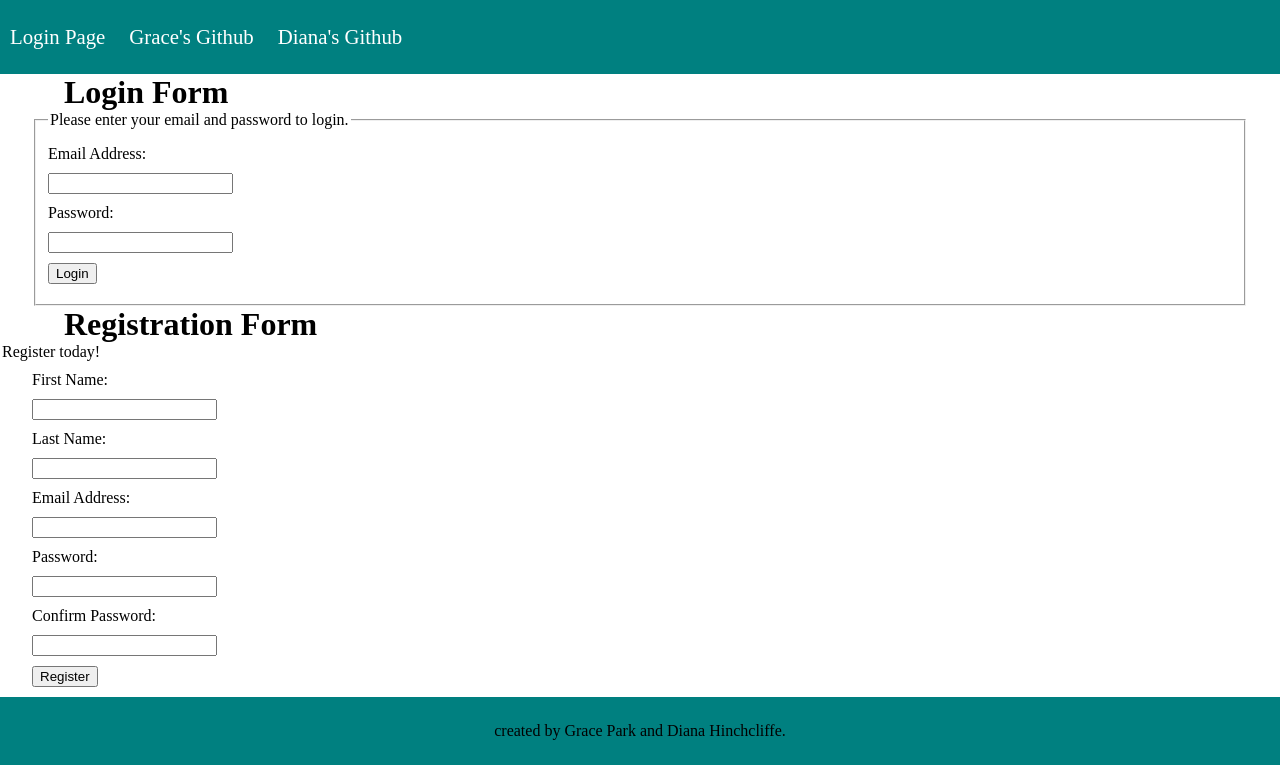
Repository: developergrace/cosw30
Page: http://localhost/labwork/lab2/login.php
The author's editor kept a record of every edit. The page is drawn from the files as they stood at one moment, then again after the next edit.
The browser window is 1280 px wide. The pictures show the whole page.
The page is run by PHP 8.4 with error messages shown; the project is at /var/www/html/.

Above is the page before.

After the next edit:
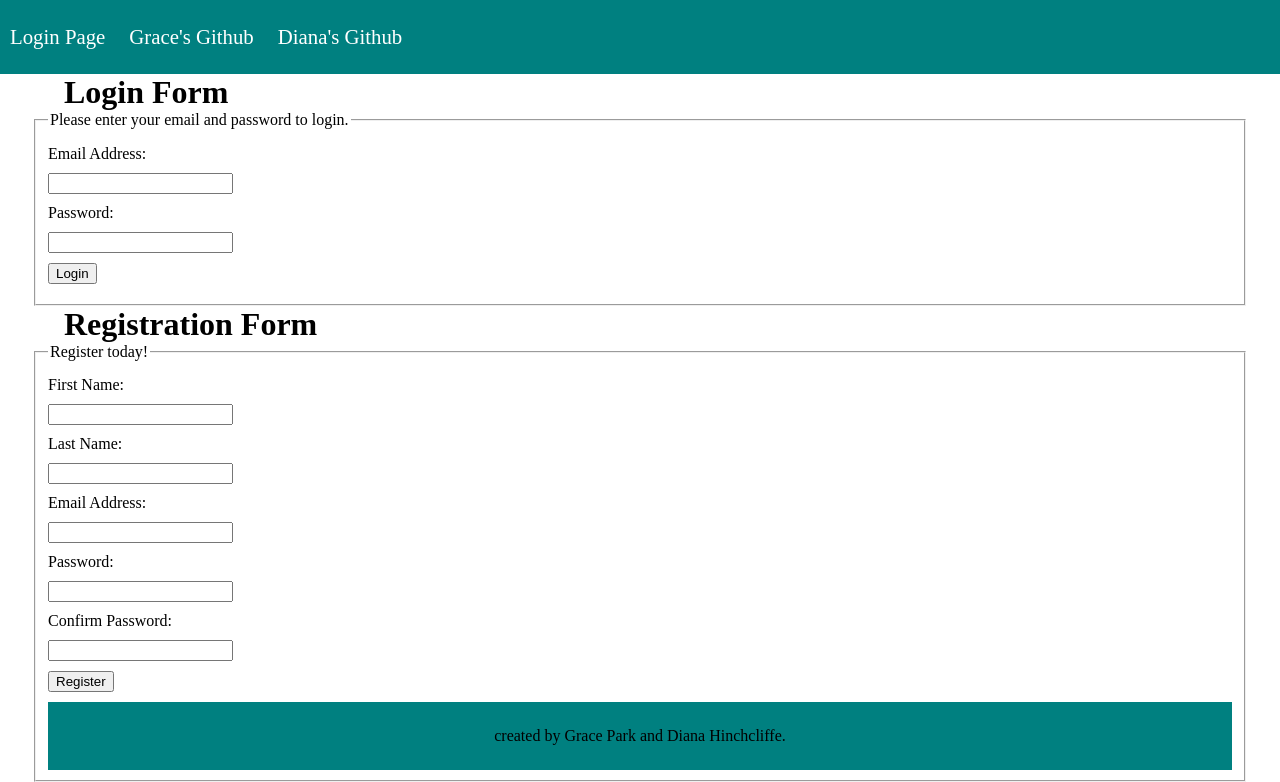
The edit:
--- a/labwork/lab2/login.php
+++ b/labwork/lab2/login.php
@@ -57,8 +57,8 @@
         </fieldset></form>
 
         <h1>Registration Form</h1>
-        <legend>Register today!</legend>
         <form method="POST" action="process_login.php">
+            <fieldset><legend>Register today!</legend>
             <label for="first_name">First Name:</label>
             <input name="first_name" id="first_name" type="text" required>
 
